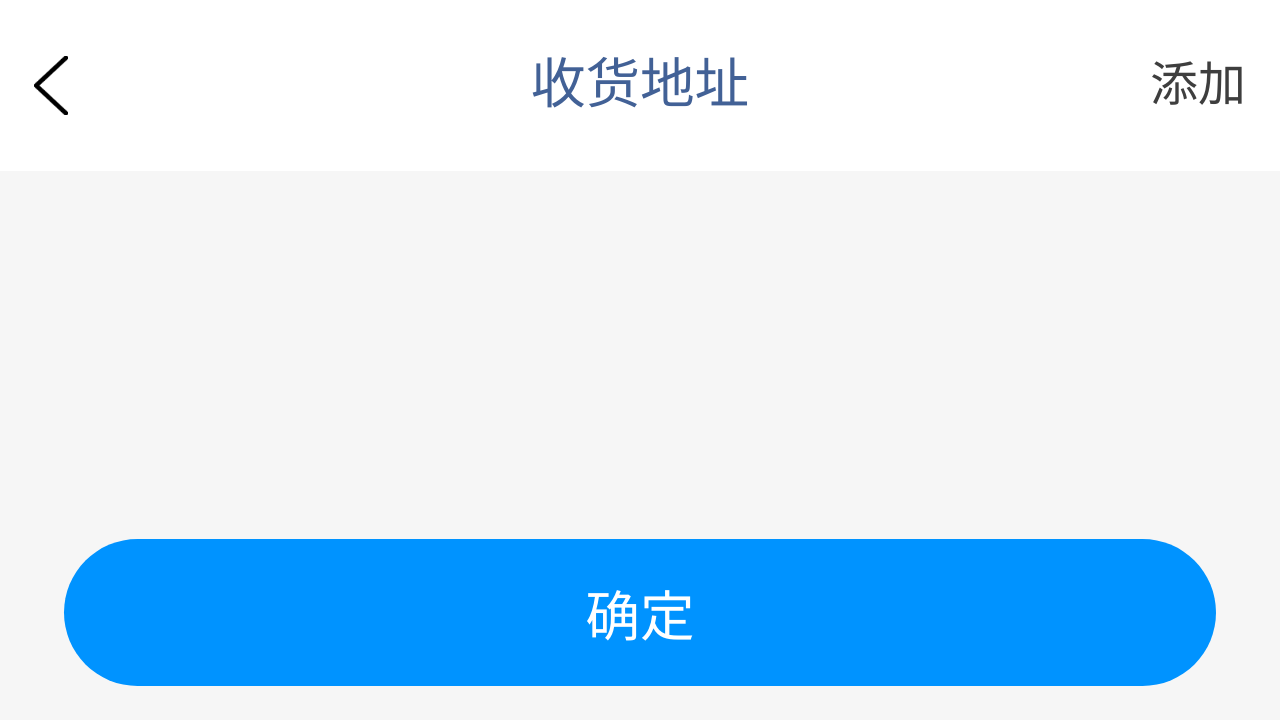
Repository: 421538074/sell
Page: consumer/address-list.html
An editor plug-in stored every save of this project. The page is shown before and after the next save, followed by the edit.
The browser window is 1280 px wide. The pictures show the whole page.

Above is the page before, as saved 2019-06-04 16:27:48.

After the next save:
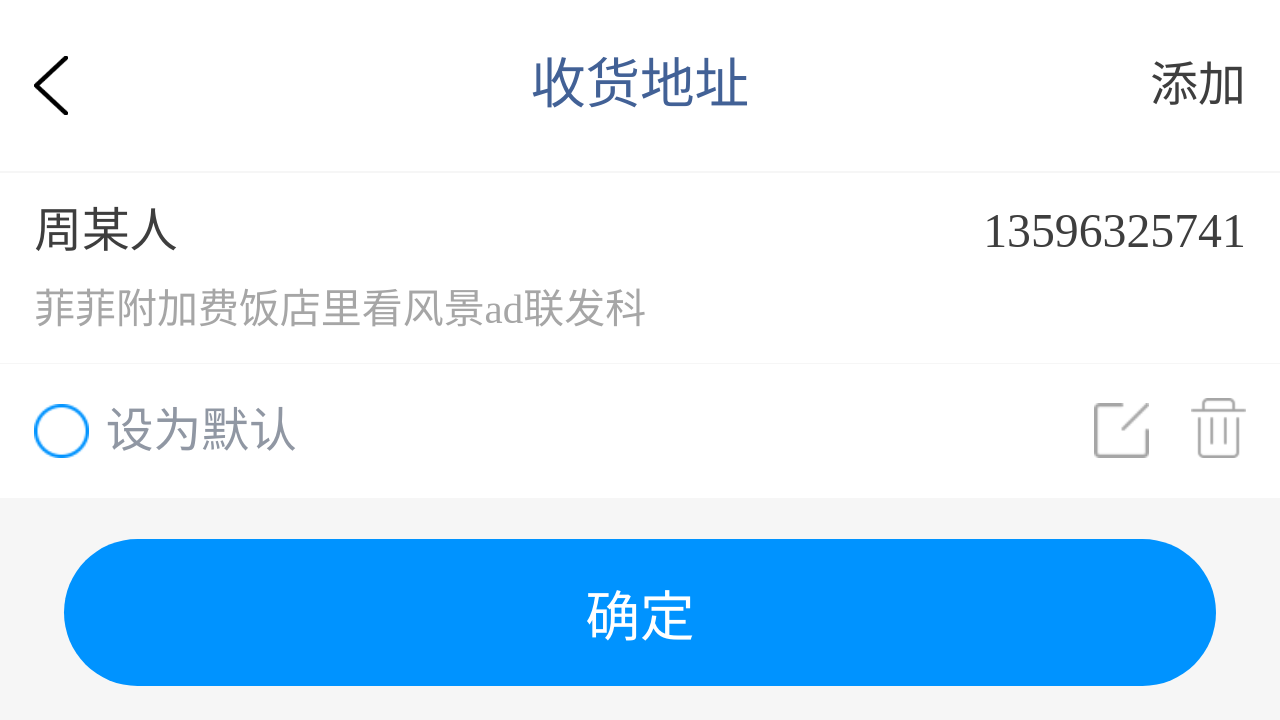
Saved 2 min 0 s later.
--- a/consumer/js/address-list.js
+++ b/consumer/js/address-list.js
@@ -4,7 +4,10 @@ new Vue({
         return {
             currendDefault: 2,
             addressList:[{
-                id
+                id:1,
+                username:'周某人',
+                phone:13596325741,
+                detail:'菲菲附加费饭店里看风景ad联发科'
             }]
         }
     },
